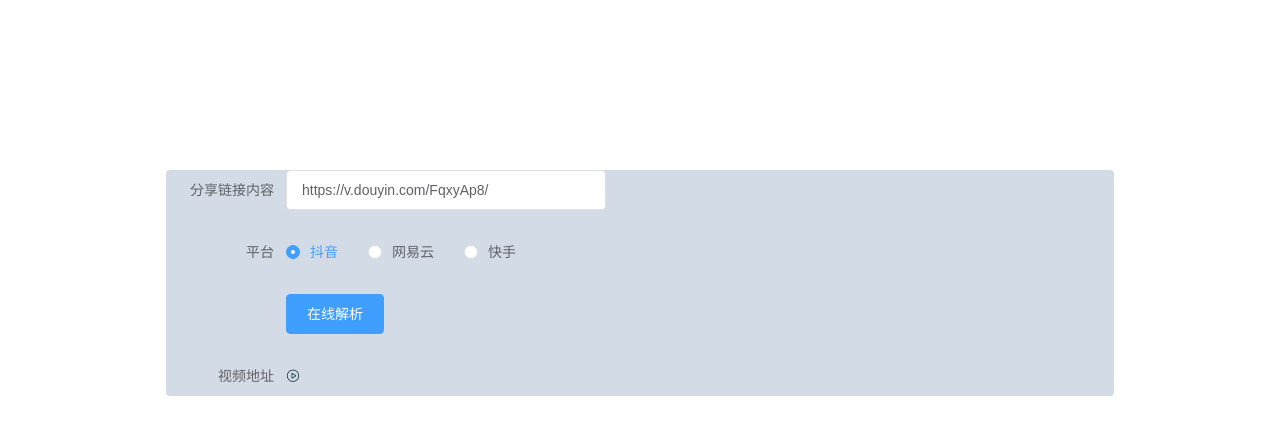
Repository: lyln/freepd
Page: / (app in frontend/freepd/)
The author's editor kept a copy of each file at every save. The page is drawn from the files as they stood at one save, then again after the next save.
The browser window is 1280 px wide. The pictures show the whole page.
The project was rebuilt for these pictures with package versions that can differ from the ones it lists, and the page was loaded fresh each time.

Above is the page before, as saved 2022-05-26 09:21:00.

After the next save:
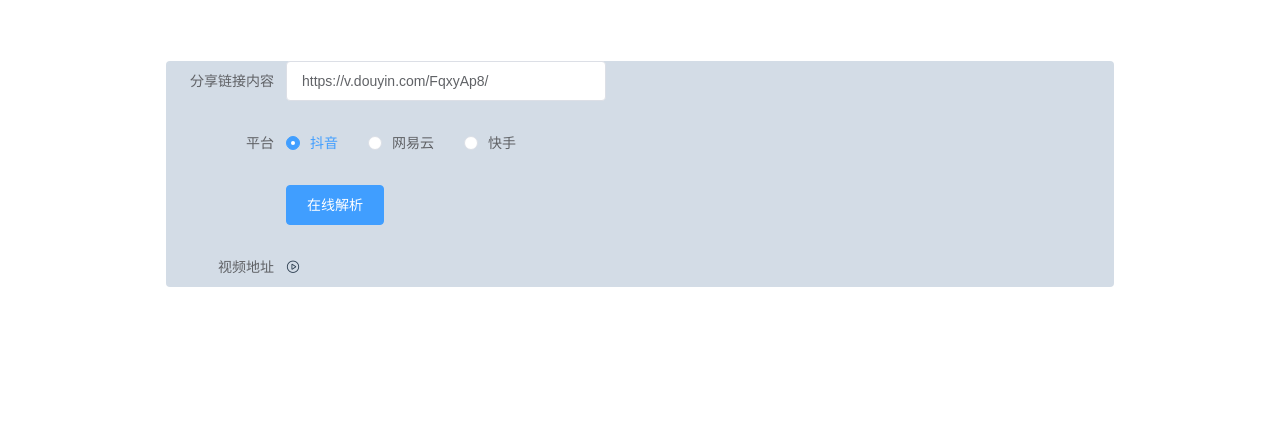
Saved 11 s later.
--- a/frontend/freepd/src/components/HelloWorld.vue
+++ b/frontend/freepd/src/components/HelloWorld.vue
@@ -87,7 +87,7 @@ a {
 
 .fpd-form {
 	text-align: left;
-	margin-top: 110px;
+	margin-top: 1px;
 }
 
 .text {
